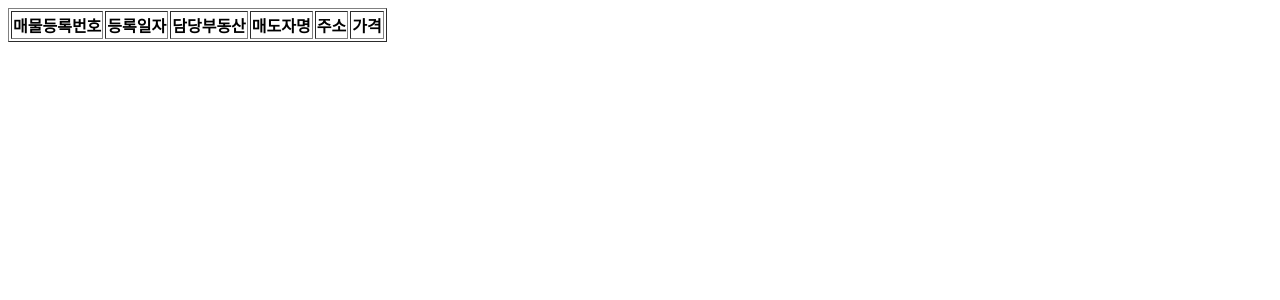
Repository: Leekm0912/2-1_JSP-DB_Project
Page: http://localhost/WebTest/DB/DBTest.jsp
An editor plug-in stored every save of this project. The page is shown before and after the next save, followed by the edit.
The browser window is 1280 px wide. The pictures show the whole page.
The page is served by Tomcat 9. Queries for data that is not in the repository find no rows.

Above is the page before, as saved 2020-06-10 01:37:18.

After the next save:
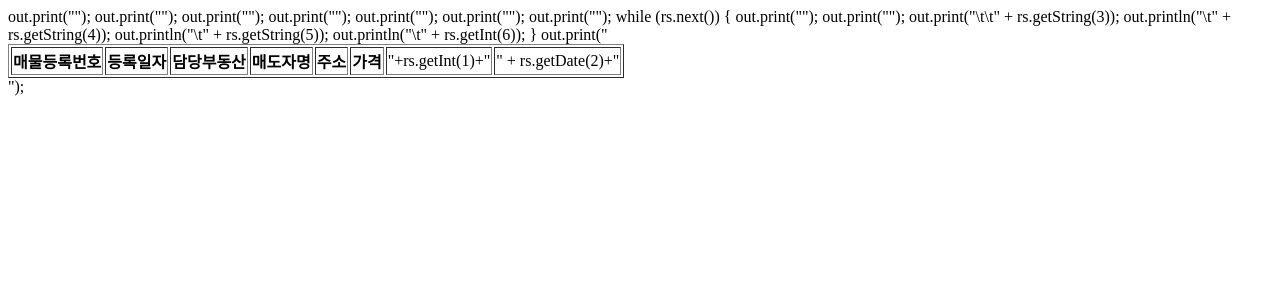
Saved 20 s later.
--- a/WebTest/WebContent/DB/DBTest.jsp
+++ b/WebTest/WebContent/DB/DBTest.jsp
@@ -43,6 +43,7 @@
 			row5.add(rs.getString(5));
 			row6.add(rs.getInt(6));
 		}
+		%>
 		out.print("<table border='1'>");
 		out.print("<th>매물등록번호</th>");
 		out.print("<th>등록일자</th>");
@@ -59,7 +60,7 @@
 			out.println("\t" + rs.getInt(6));
 		}
 		out.print("</table>");
-%>
+
 
 
 

After the save that followed:
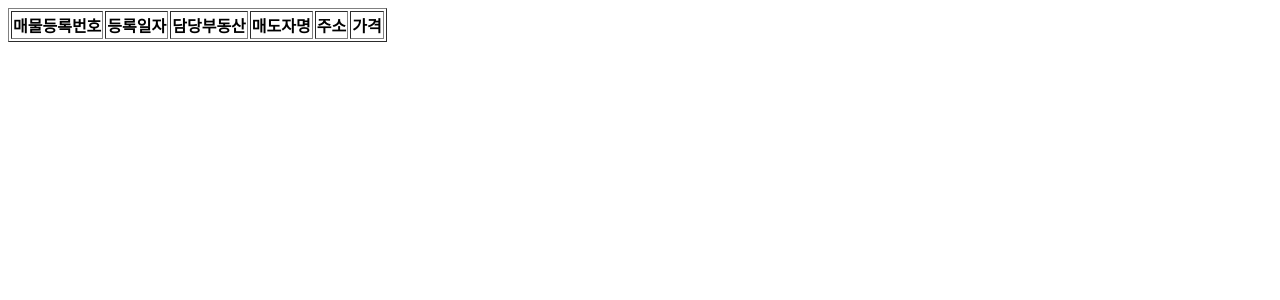
Saved 33 s later.
--- a/WebTest/WebContent/DB/DBTest.jsp
+++ b/WebTest/WebContent/DB/DBTest.jsp
@@ -44,22 +44,15 @@
 			row6.add(rs.getInt(6));
 		}
 		%>
-		out.print("<table border='1'>");
-		out.print("<th>매물등록번호</th>");
-		out.print("<th>등록일자</th>");
-		out.print("<th>담당부동산</th>");
-		out.print("<th>매도자명</th>");
-		out.print("<th>주소</th>");
-		out.print("<th>가격</th>");
-		while (rs.next()) {
-			out.print("<td>"+rs.getInt(1)+"</td>");
-			out.print("<td>" + rs.getDate(2)+"</td>");
-			out.print("\t\t" + rs.getString(3));
-			out.println("\t" + rs.getString(4));
-			out.println("\t" + rs.getString(5));
-			out.println("\t" + rs.getInt(6));
-		}
-		out.print("</table>");
+		<table border='1'>
+		<th>매물등록번호</th>
+		<th>등록일자</th>
+		<th>담당부동산</th>
+		<th>매도자명</th>
+		<th>주소</th>
+		<th>가격</th>
+
+		</table>
 
 
 
